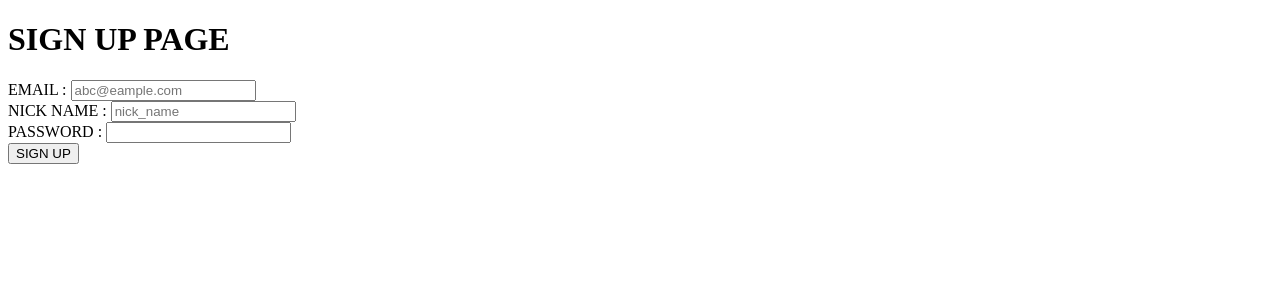
Repository: v-honey-b/Project02_BasicWebPage
Page: http://localhost/_jsp3_project/member/join.jsp
An editor plug-in stored every save of this project. The page is shown before and after the next save, followed by the edit.
The browser window is 1280 px wide. The pictures show the whole page.
The page is served by Tomcat 9.

Above is the page before, as saved 2022-08-26 04:07:17.

After the next save:
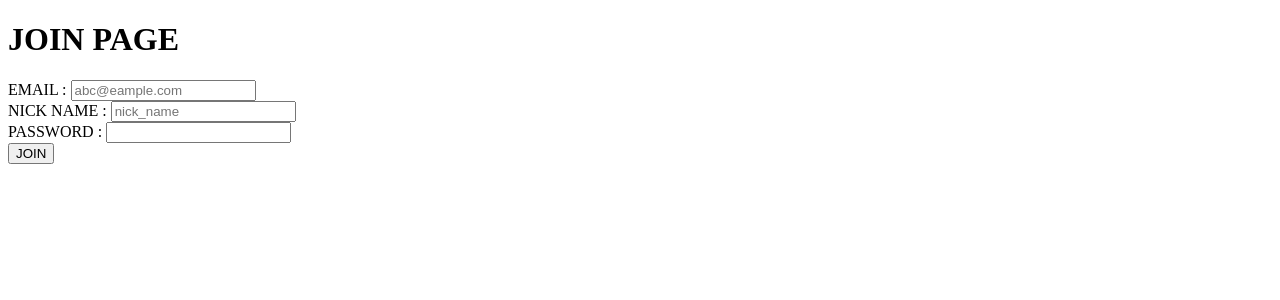
Saved 14 s later.
--- a/_jsp3_project/src/main/webapp/member/join.jsp
+++ b/_jsp3_project/src/main/webapp/member/join.jsp
@@ -5,15 +5,15 @@
 <html>
 <head>
 <meta charset="UTF-8">
-<title>SIGN UP</title>
+<title>JOIN</title>
 </head>
 <body>
-	<h1>SIGN UP PAGE</h1>
+	<h1>JOIN PAGE</h1>
 	<form action="/mem/memberregister">
 		EMAIL : <input type="text" name="email" placeholder="abc@eample.com"> <br>
 		NICK NAME : <input type="text" name="nick_name" placeholder="nick_name"> <br>
 		PASSWORD : <input type="text" name="pwd"> <br>
-		<button type="submit">SIGN UP</button>
+		<button type="submit">JOIN</button>
 	</form>
 </body>
 </html>
